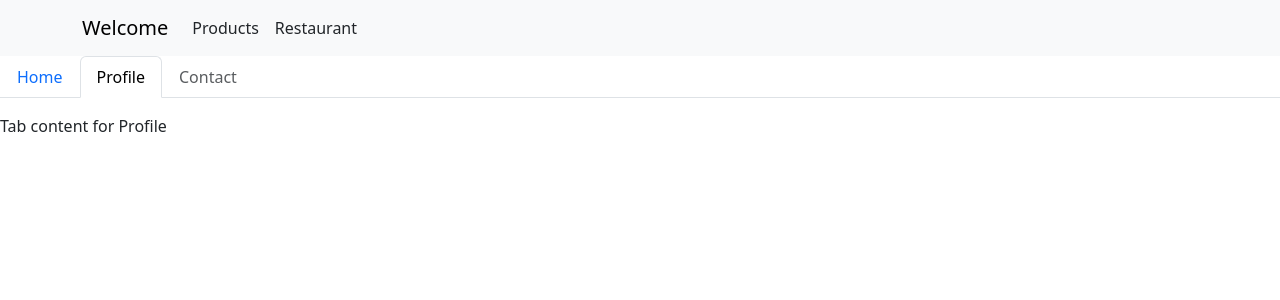
Repository: HadelAbdellatif/ReactApp2
Page: /restaurant
The author's editor kept a copy of each file at every save. The page is drawn from the files as they stood at one save, then again after the next save.
The browser window is 1280 px wide. The pictures show the whole page.
The project was rebuilt for these pictures with package versions that can differ from the ones it lists, and the page was loaded fresh each time. Also part of the build but not shown: vite.config.js, src/components/products/Products.jsx, src/App.css, src/index.css.

Above is the page before, as saved 2023-11-03 21:36:38.

### src/main.jsx
import React from 'react'
import ReactDOM from 'react-dom/client'
import 'bootstrap/dist/css/bootstrap.min.css';
import { BrowserRouter} from 'react-router-dom'
import App from './App.jsx'
import './index.css'

ReactDOM.createRoot(document.getElementById('root')).render(
  <BrowserRouter>
    <App />
  </BrowserRouter>,
)

### src/App.jsx
import { useState } from 'react'
import { Routes, Route } from 'react-router-dom'
import Navbar from './components/navbar/Navbar'
import Products from './components/products/Products'
import Restaurant from './components/restaurant/Restaurant'
import './App.css'

function App() {

  return (
    <>
      <Navbar />

      <Routes>
        <Route path='/products' element={<Products />} />
        <Route path='/restaurant' element={<Restaurant />} />
      </Routes>
    </>
  )
}

export default App

### src/components/navbar/Navbar.jsx
import Container from 'react-bootstrap/Container';
import Nav from 'react-bootstrap/Nav';
import Navbar from 'react-bootstrap/Navbar';
import { Link } from 'react-router-dom'; // Import Link from react-router-dom

function CustomerNavbar() {
  return (
    <Navbar expand="lg" className="bg-body-tertiary">
      <Container>
        <Navbar.Brand href="#home">Welcome</Navbar.Brand>
        <Navbar.Toggle aria-controls="basic-navbar-nav" />
        <Navbar.Collapse id="basic-navbar-nav">
          <Nav className="me-auto">
          <Link to="/products" className="px-2 text-dark text-decoration-none">Products</Link>
          <Link to="/restaurant" className="px-2 text-dark text-decoration-none">Restaurant</Link>
          </Nav>
        </Navbar.Collapse>
      </Container>
    </Navbar>
  );
}

export default CustomerNavbar;

### src/components/restaurant/Restaurant.jsx
import Tab from 'react-bootstrap/Tab';
import Tabs from 'react-bootstrap/Tabs';

function UncontrolledExample() {
  return (
    <Tabs
      defaultActiveKey="profile"
      id="uncontrolled-tab-example"
      className="mb-3"
    >
      <Tab eventKey="home" title="Home">
        Tab content for Home
      </Tab>
      <Tab eventKey="profile" title="Profile">
        Tab content for Profile
      </Tab>
      <Tab eventKey="contact" title="Contact" disabled>
        Tab content for Contact
      </Tab>
    </Tabs>
  );
}

export default UncontrolledExample;

Loaded but not shown: index.html (common file)

After the next save:
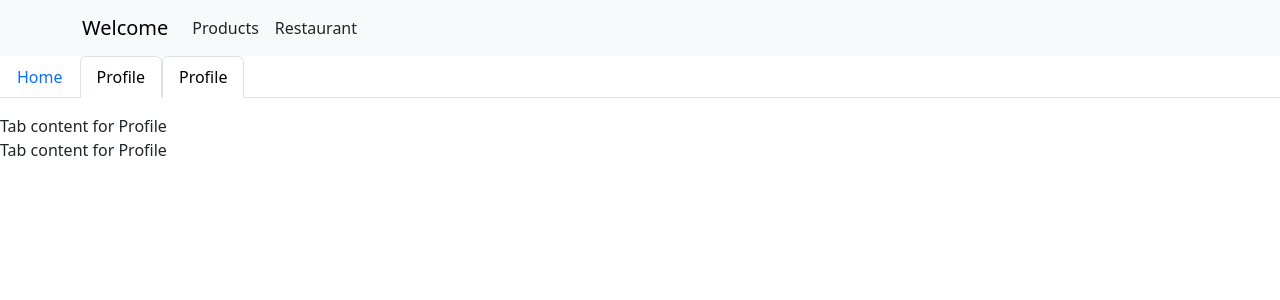
Saved 23 s later.
--- a/src/components/restaurant/Restaurant.jsx
+++ b/src/components/restaurant/Restaurant.jsx
@@ -14,8 +14,8 @@ function UncontrolledExample() {
       <Tab eventKey="profile" title="Profile">
         Tab content for Profile
       </Tab>
-      <Tab eventKey="contact" title="Contact" disabled>
-        Tab content for Contact
+      <Tab eventKey="profile" title="Profile">
+        Tab content for Profile
       </Tab>
     </Tabs>
   );
